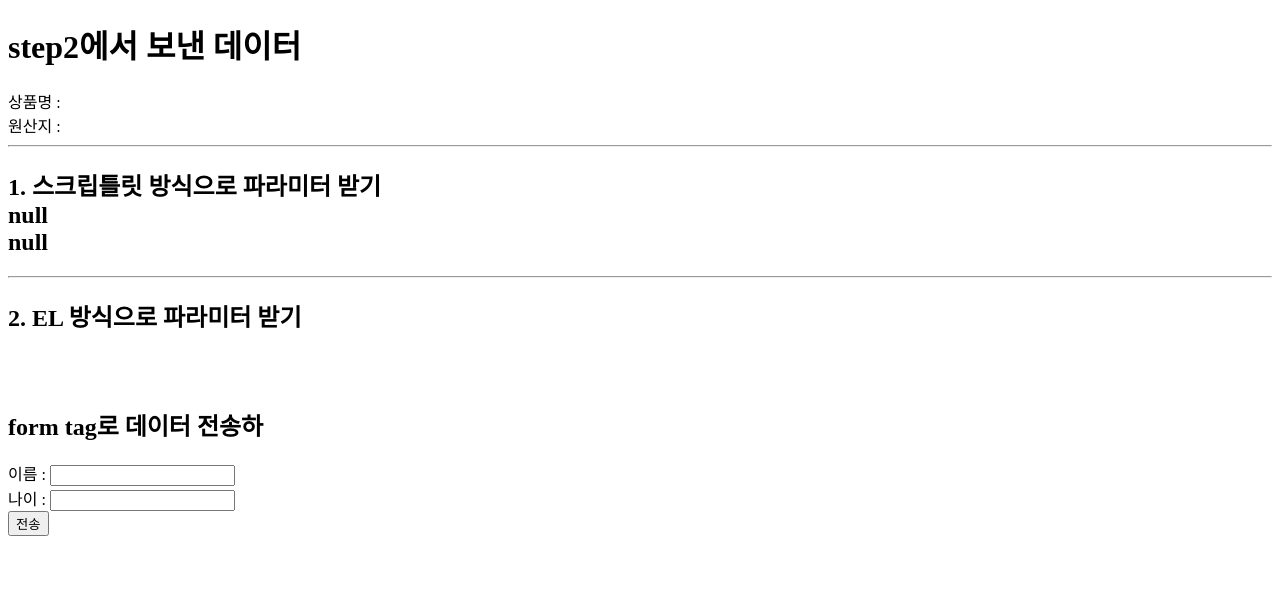
Repository: HaeunOh/study
Page: http://localhost/jstl_study/step-3.jsp
These files come from the project's save history. The page is drawn as it stood at one moment and after the next save; the edit follows.
The browser window is 1280 px wide. The pictures show the whole page.
The page is served by Tomcat 9. Other server files are loaded and not shown.

Above is the page before, as saved 2024-04-11 03:16:30.

### _jstl_workspace/jstl_study/src/main/webapp/step-3.jsp
<%@ page language="java" contentType="text/html; charset=UTF-8"
    pageEncoding="UTF-8"%>
<!DOCTYPE html>
<html>
<head>
<meta charset="UTF-8">
<title>step3</title>
</head>
<body>
	<h1>step2에서 보낸 데이터</h1>
	상품명 : ${param.name } <br>
	원산지 : ${param.addr } <br>
	<hr>
	<h2>
		1. 스크립틀릿 방식으로 파라미터 받기 <br>
		<!-- 잘 쓰지 않는 방식...  -->
		<%= request.getParameter("name") %> <br>
		<%= request.getParameter("addr") %> <br>
		<!-- < %= request.setAttribute(name, o)%> -->
	</h2>
	<hr>
	<h2>
		2. EL 방식으로 파라미터 받기 <br>
		${param.name } <br>
		${param.addr } <br>
	</h2>

	<!-- form tag로 데이터 전송 -->
	<!-- queryString 방식의 전송은 get방식으로 전송 -->
	<!-- form tag 전송방식은 선택 가능, get/post 방식 중 선택 가능 -->
	<h2>form tag로 데이터 전송하</h2>
	<form action="step-4.jsp">
	이름 : <input type="text" name="name"> <br>
	나이 : <input type="text" name="age"> <br>
	<button type="submit">전송</button>
	</form>








</body>
</html>

After the next save:
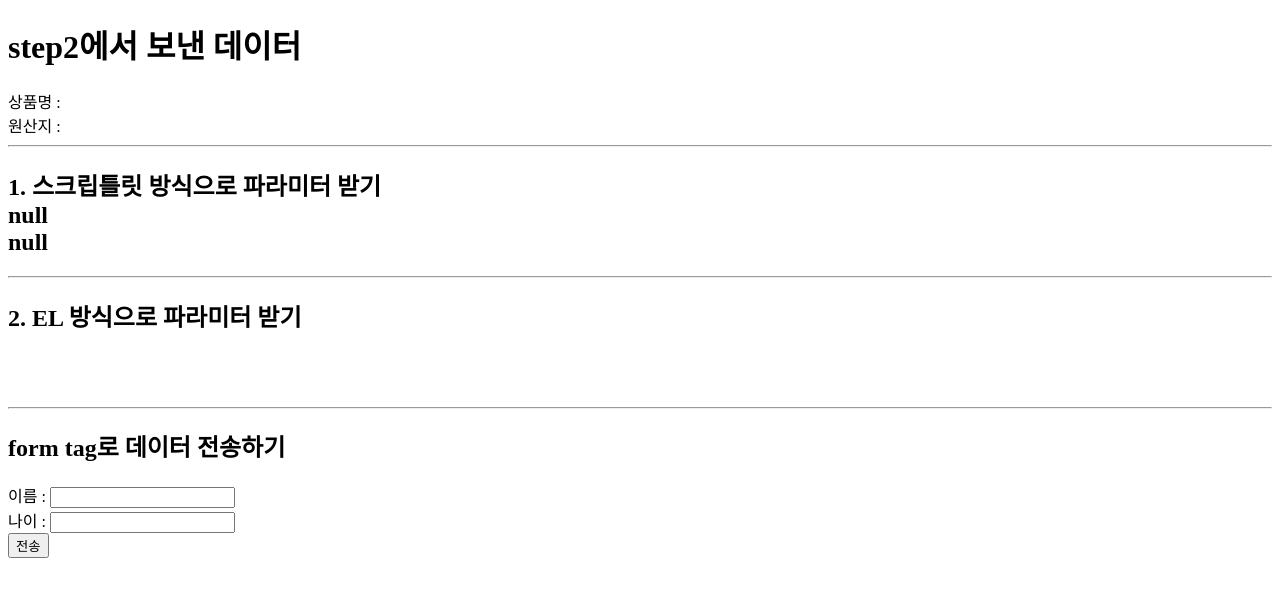
Saved 6 s later.
--- a/_jstl_workspace/jstl_study/src/main/webapp/step-3.jsp
+++ b/_jstl_workspace/jstl_study/src/main/webapp/step-3.jsp
@@ -24,11 +24,11 @@
 		${param.name } <br>
 		${param.addr } <br>
 	</h2>
-
+	<hr>
 	<!-- form tag로 데이터 전송 -->
 	<!-- queryString 방식의 전송은 get방식으로 전송 -->
 	<!-- form tag 전송방식은 선택 가능, get/post 방식 중 선택 가능 -->
-	<h2>form tag로 데이터 전송하</h2>
+	<h2>form tag로 데이터 전송하기</h2>
 	<form action="step-4.jsp">
 	이름 : <input type="text" name="name"> <br>
 	나이 : <input type="text" name="age"> <br>
